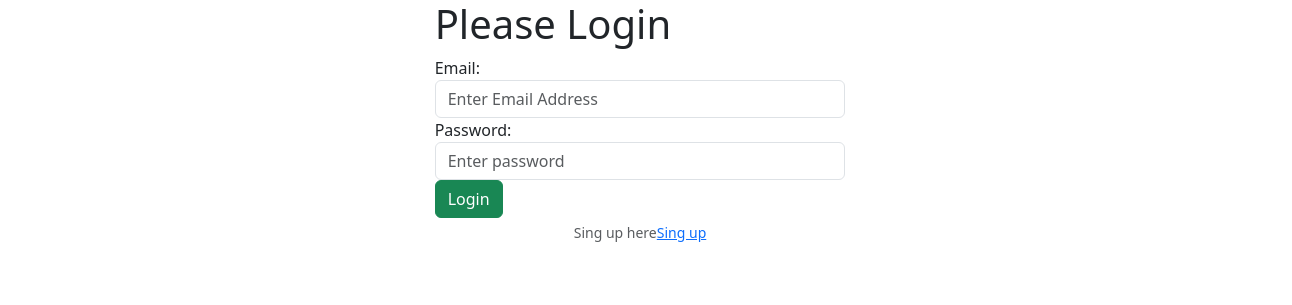
Repository: oksana117/news-app
Page: /login (app in client/)
An editor plug-in stored every save of this project. The page is shown before and after a run of saves, followed by the edit.
The browser window is 1280 px wide. The page is 1292 px wide, so the pictures cover 1292 px, including what lies to the right of the window. The pictures show the whole page.
The project was rebuilt for these pictures with package versions that can differ from the ones it lists, and the page was loaded fresh each time. Also part of the build but not shown: client/vite.config.js, client/src/Register.jsx.

Above is the page before, as saved 2024-09-26 17:05:00.

After the next 2 saves:
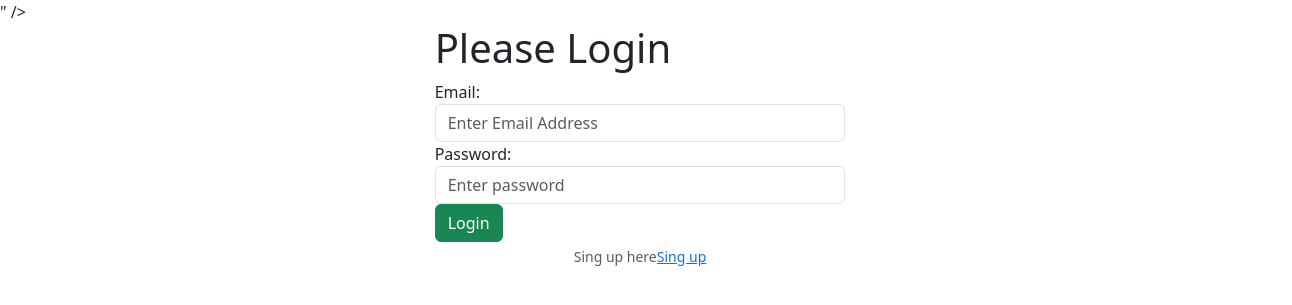
The 2 saves are shown as one change because they came seconds apart.
The last was saved 89 s later.
--- a/client/index.html
+++ b/client/index.html
@@ -3,7 +3,7 @@
 
 <head>
   <meta charset="UTF-8" />
-  <link rel="icon" type="image" href="/home" />
+  <link rel="icon" type="image" href="fa-regular fa-newspaper" />" />
   <meta name="viewport" content="width=device-width, initial-scale=1.0" />
   <title>Latest News</title>
 </head>

After the 2 saves that followed:
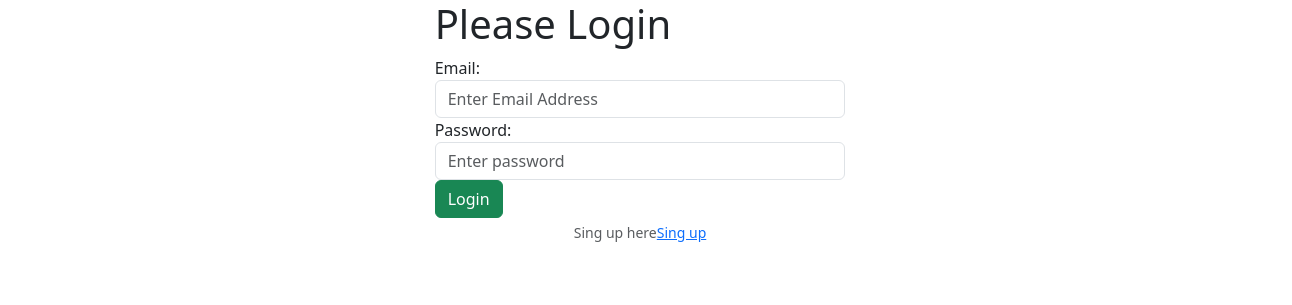
The 2 saves are shown as one change because 1 left the picture as it was.
The last was saved 100 s later.
--- a/client/index.html
+++ b/client/index.html
@@ -3,7 +3,7 @@
 
 <head>
   <meta charset="UTF-8" />
-  <link rel="icon" type="image" href="fa-regular fa-newspaper" />" />
+  <link rel="icon" type="image" href="https://icons8.com/icon/82755/news" />
   <meta name="viewport" content="width=device-width, initial-scale=1.0" />
   <title>Latest News</title>
 </head>
